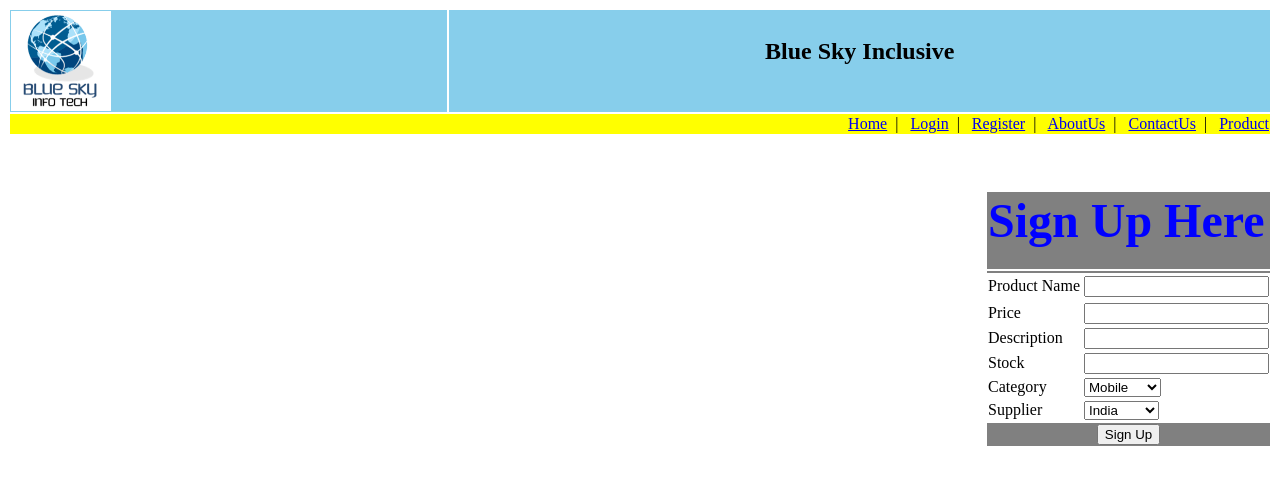
Repository: aishwaryaR16/Term-2-Project
Page: http://localhost/WebDemo/Product.jsp
The author's editor kept a copy of each file at every save. The page is drawn from the files as they stood at one save, then again after the next save.
The browser window is 1280 px wide. The pictures show the whole page.
The page is served by Tomcat 9.

Above is the page before, as saved 2020-11-19 16:49:41.

After the next save:
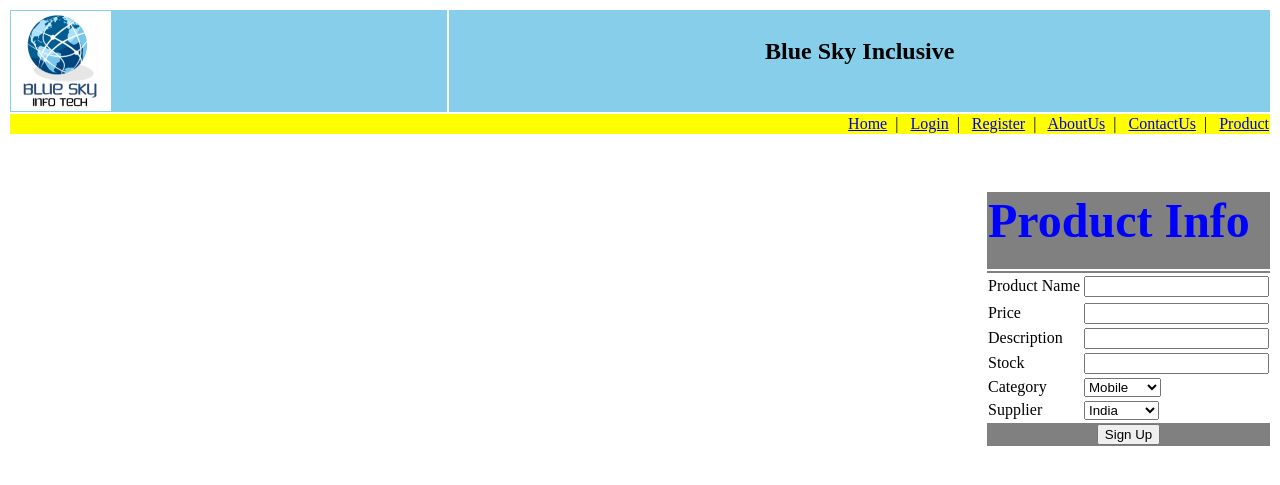
Saved 43 s later.
--- a/eclipse-workspace1/WebDemo/WebContent/Product.jsp
+++ b/eclipse-workspace1/WebDemo/WebContent/Product.jsp
@@ -10,7 +10,7 @@
 <td colspan="2">
 
 <h2>
-<font face="monotype corsiva"color="blue" size="10">Sign Up Here</font>
+<font face="monotype corsiva"color="blue" size="10">Product Info</font>
 </h2>
 </td></tr>
 
